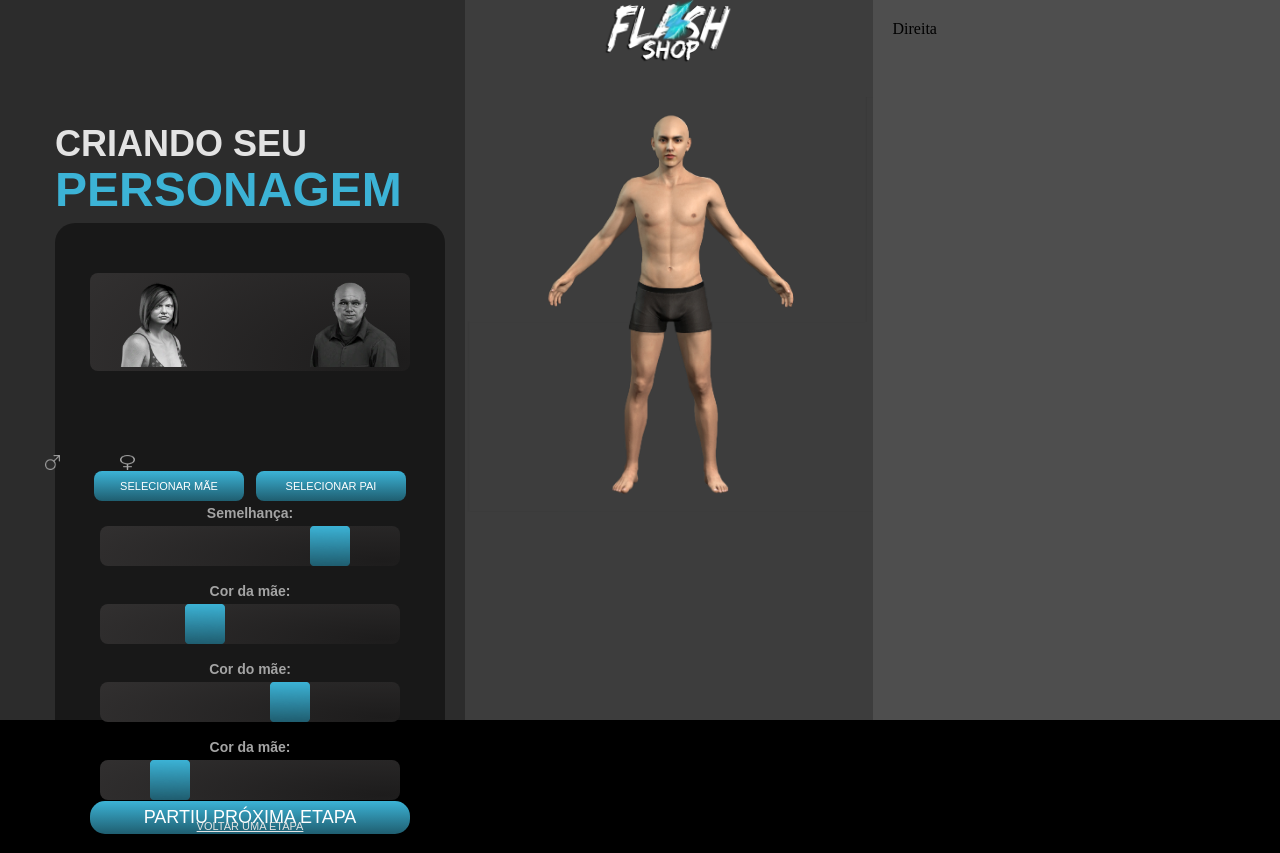
Repository: DuMCorrea/CriandoPerso
Page: index.html
An editor plug-in stored every save of this project. The page is shown before and after the next save, followed by the edit.
The browser window is 1280 px wide. The pictures show the whole page.

Above is the page before, as saved 2024-08-29 15:31:58.

After the next save:
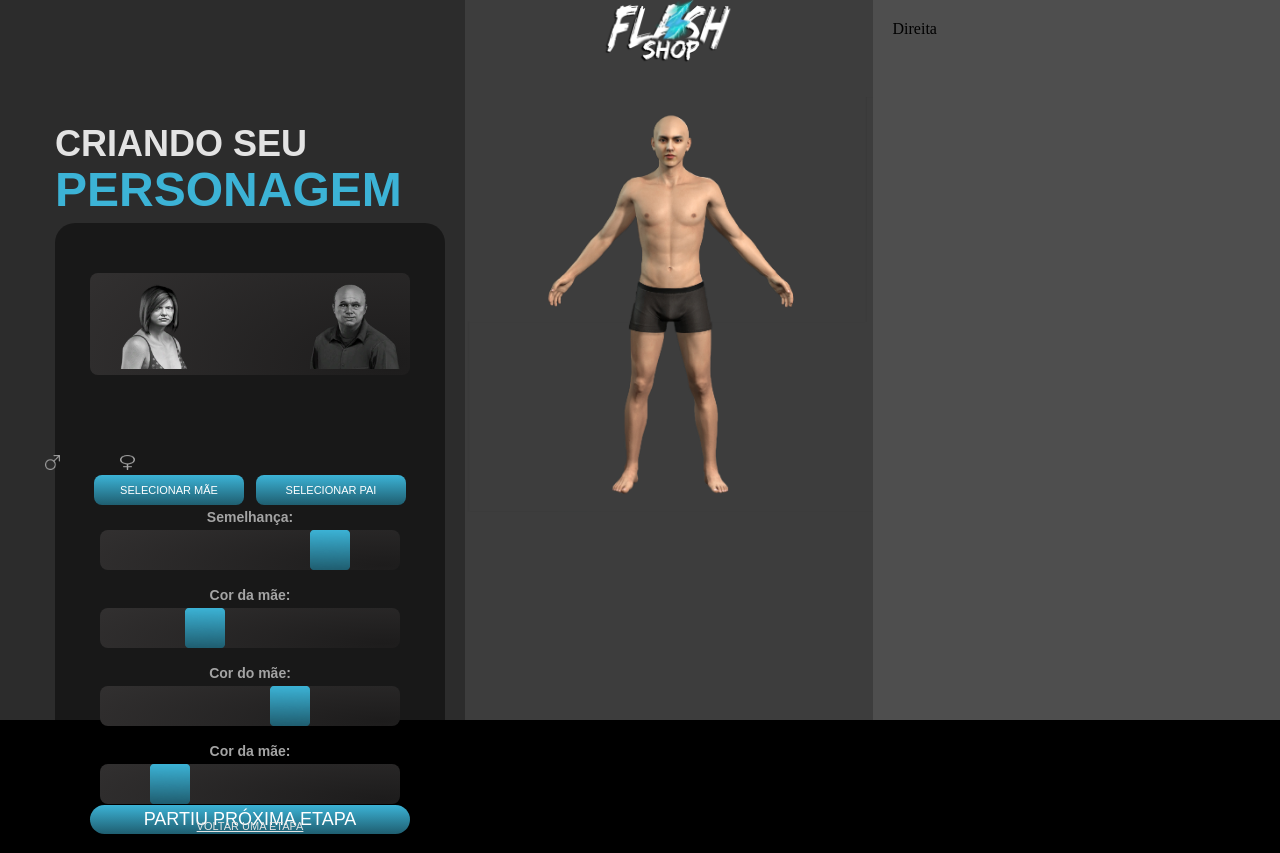
Saved 11 s later.
--- a/styles.css
+++ b/styles.css
@@ -235,7 +235,7 @@
 
 .image-rectangle {
     width: 300px; /* Largura do retângulo */
-    height: 150px; /* Altura do retângulo */
+    height: 180px; /* Altura do retângulo */
     background: radial-gradient(547.21% 823.76% at 94.51% 88.04%, #1D1C1C 0%, #837E7E 100%); /* Gradiente de fundo */
     border-radius: 8px; /* Bordas arredondadas */
     display: flex;
